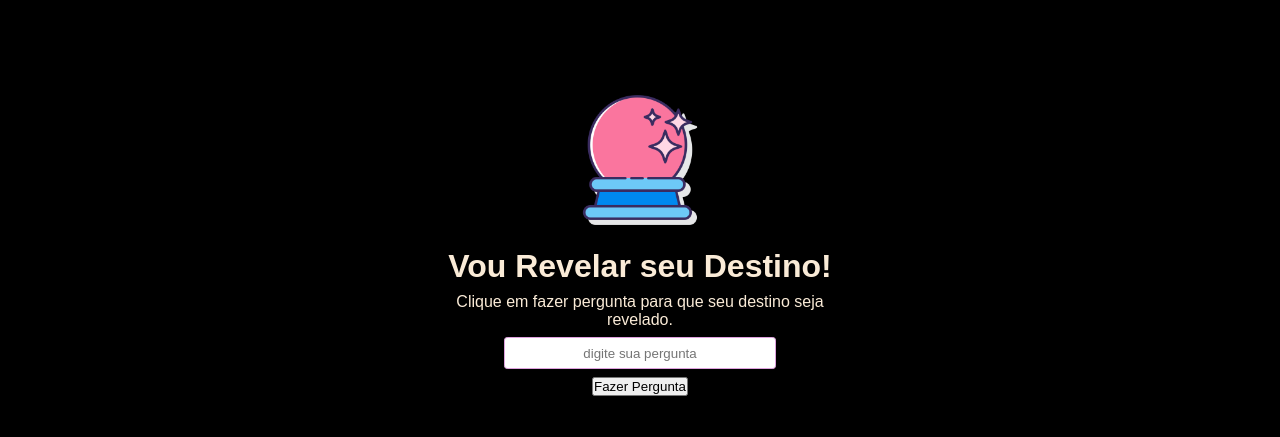
Repository: guilhermecardoso93/nlwexplorer
Page: index.html
These files come from the project's save history. The page is drawn as it stood at one moment and after the next save; the edit follows.
The browser window is 1280 px wide. The pictures show the whole page.

Above is the page before, as saved 2022-06-08 23:41:32.

### index.html
<!DOCTYPE html>
<html lang="pt-br">
  <head>
    <meta charset="UTF-8" />
    <meta http-equiv="X-UA-Compatible" content="IE=edge" />
    <meta name="viewport" content="width=device-width, initial-scale=1.0" />
    <link rel="stylesheet" href="./styles.css" />
    <title>NLW Explorer</title>
  </head>
  <body>
    <div class="principal">
      <img
        src="./cristalball.png"
        alt="Imagem de uma bola de cristal"
        id="cristalBallImg"
      />
      <h1>Vou Revelar seu Destino!</h1>
      <p>Clique em fazer pergunta para que seu destino seja revelado.</p>
      <input type="text" placeholder="digite sua pergunta" />
      <button>Fazer Pergunta</button>
    </div>
  </body>
  <script src="./script.js"></script>
</html>

### styles.css
* {
  margin: 0;
  padding: 0;
  box-sizing: border-box;
}
body {
  margin: auto;
  background-color: black;
  color: antiquewhite;
  text-align: center;
  font-family: sans-serif;
}

.principal {
  display: flex;
  flex-direction: column;
  margin: auto;
  margin-top: 5rem;
  max-width: 400px;
  width: 80%;
  align-items: center;
  gap: 0.5rem;
}

.principal input {
  width: 17rem;
  height: 2rem;
  text-align: center;

  border: 1px solid plum;
  border-radius: 0.2rem;
}

.principal input:hover {
  border: 2px double pink;
}

#cristalBallImg {
  width: 10rem;
}

Loaded but not shown: script.js (no stored copy; drawn as an empty file)

After the next save:
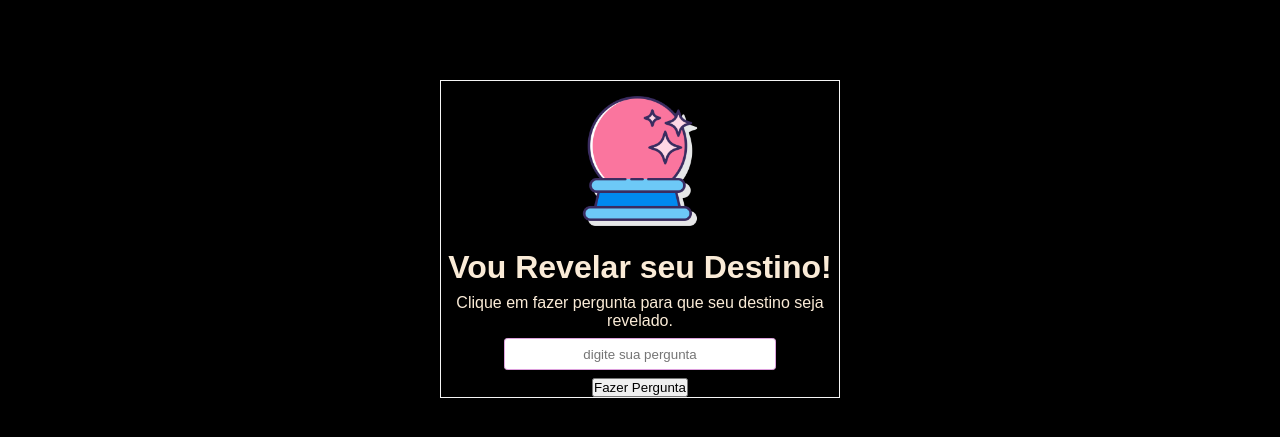
Saved 58 s later.
--- a/styles.css
+++ b/styles.css
@@ -20,6 +20,8 @@
   width: 80%;
   align-items: center;
   gap: 0.5rem;
+
+  border: 1px double whitesmoke;
 }
 
 .principal input {

After the save that followed:
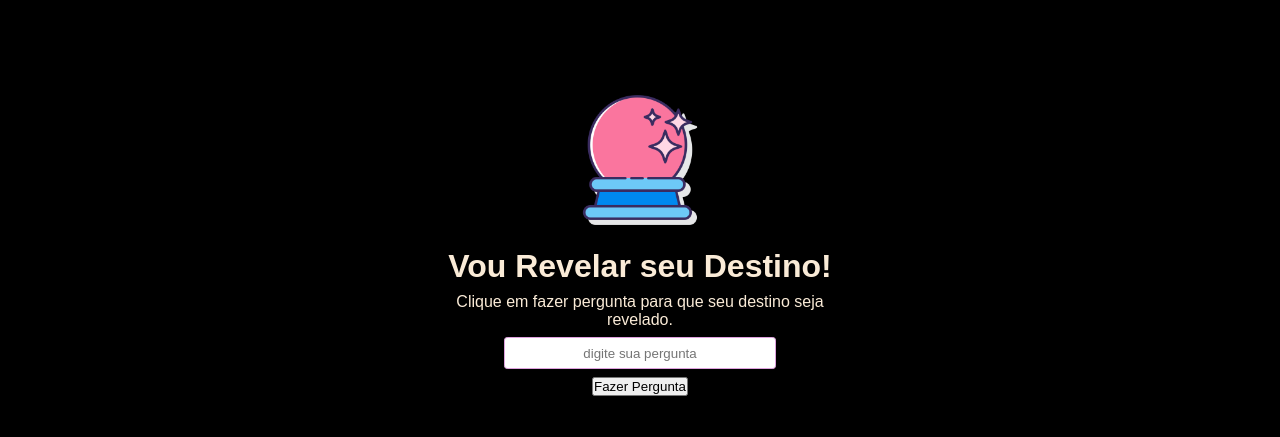
Saved 9 s later.
--- a/styles.css
+++ b/styles.css
@@ -20,8 +20,6 @@
   width: 80%;
   align-items: center;
   gap: 0.5rem;
-
-  border: 1px double whitesmoke;
 }
 
 .principal input {
